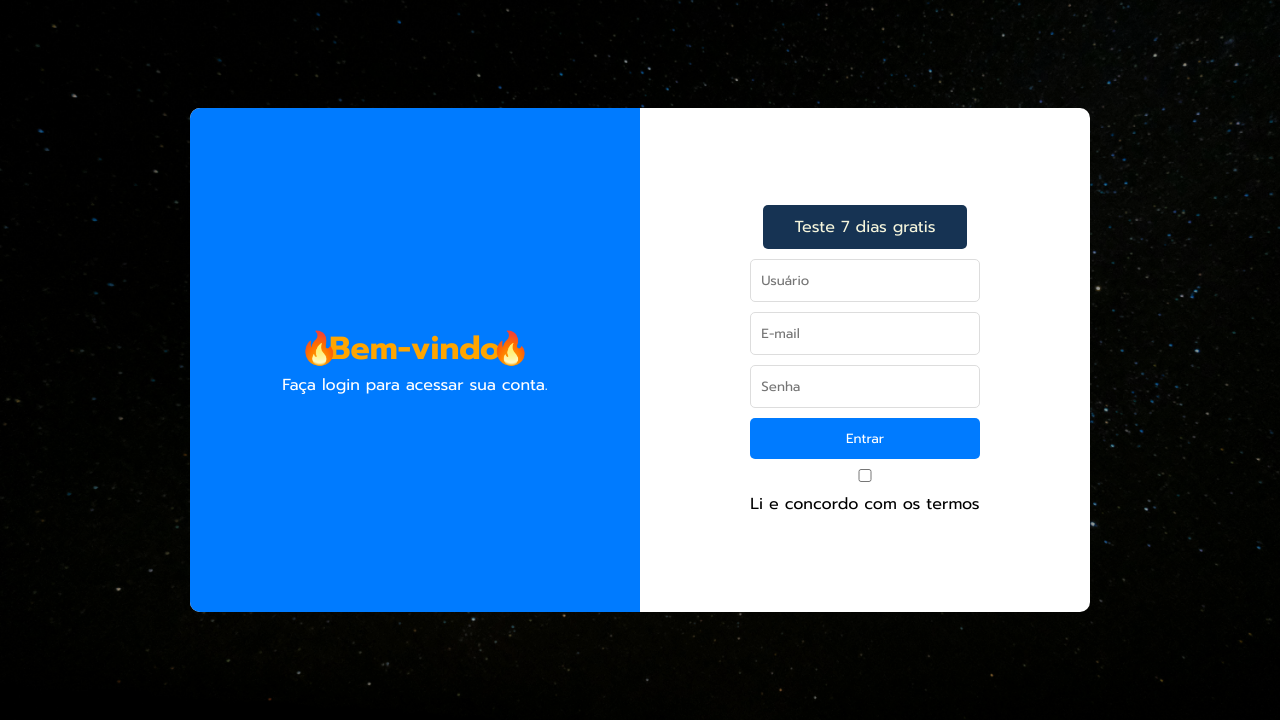
Repository: joao-paulo-paiva/tela-login
Page: index.html
An editor plug-in stored every save of this project. The page is shown before and after the next save, followed by the edit.
The browser window is 1280 px wide. The pictures show the whole page.

Above is the page before, as saved 2025-04-16 11:22:44.

### index.html
<!DOCTYPE html>
<html lang="pt-br">
<head>
    <meta charset="UTF-8">
    <meta name="viewport" content="width=device-width, initial-scale=1.0">
    <title>Tela de Login</title>
    <link rel="stylesheet" href="style.css">
    <link rel="preconnect" href="https://fonts.googleapis.com">
    <link rel="preconnect" href="https://fonts.gstatic.com" crossorigin>
    <link href="https://fonts.googleapis.com/css2?family=DM+Sans:ital,opsz,wght@0,9..40,100..1000;1,9..40,100..1000&family=Montserrat:ital,wght@0,100..900;1,100..900&family=Prompt:ital,wght@0,100;0,200;0,300;0,400;0,500;0,600;0,700;0,800;0,900;1,100;1,200;1,300;1,400;1,500;1,600;1,700;1,800;1,900&display=swap" rel="stylesheet">
</head>
<body>
    <div class="container">
        <div class="esquerda">
            <h1>Bem-vindo</h1>
            <p class="">Faça login para acessar sua conta.</p>
        </div>
        <div class="direita">
            <a href="#" class="teste-gratis"><p>Teste 7 dias gratis</p></a>
            <form action="#" method="POST">
                <input type="text" placeholder="Usuário" required>
                <input type="email" placeholder="E-mail" required>
                <input type="password" placeholder="Senha" required>
                <button type="submit">Entrar</button>
                <div class="termos">
                    <input type="checkbox" id="termos" required>
                    <label for="termos">Li e concordo com os termos</label>
                </div>


            </form>
        </div>
    </div>
</body>
</html>

### style.css
* {
    margin: 0;
    padding: 0;
    box-sizing: border-box;
    font-family: "Prompt", sans-serif;
}

body {
    display: flex;
    justify-content: center;
    align-items: center;
    height: 100vh;
    background-image: url(./imagens/pexels-francesco-ungaro-998641.jpg);
    background-size: cover;
    background-position: center;
    background-repeat: no-repeat;
}
body::before {
    content: "";
    position: absolute;
    top: 0;
    left: 0;
    width: 100%;
    height: 100%;
    background-color: rgba(0, 0, 0, 0.4); /* Ajuste o último valor para mudar a opacidade */
    z-index: -1;
}

h1 {
    position: relative;
    color: orange;
}

h1::before {
    content: "🔥";
    position: absolute;
    left: -30px;
}

h1::after {
    content: "🔥";
    position: absolute;
    right: -30px;
}


.container {
    display: flex;
    height: 70%;
    width: 80%;
    max-width: 900px;
    background: white;
    border-radius: 10px;
    overflow: hidden;
}

.esquerda, .direita {
    width: 50%;
    padding: 40px;
}

.esquerda {
    background-color: #007bff;
    color: white;
    display: flex;
    flex-direction: column;
    justify-content: center;
    align-items: center;
}

.direita {
    display: flex;
    flex-direction: column;
    justify-content: center;
    align-items: center;
}

input {
    display: block;
    width: 100%;
    padding: 10px;
    margin: 10px 0;
    border: 1px solid #ddd;
    border-radius: 5px;
}
input:focus {
    outline: none;
    border-color: #007bff;
    box-shadow: 0 0 5px rgba(0, 123, 255, 0.5);
}

.teste-gratis {
    display: flex;
    justify-content: center; /* Centraliza horizontalmente */
    align-items: center; /* Centraliza verticalmente */
    width: 55%;
    padding: 10px;
    background-color: #163353;
    text-decoration: none;
    color: beige;
    border-radius: 5px;
    text-align: center; /* Garante que o texto esteja centralizado dentro do bloco */
}

button {
    width: 100%;
    padding: 10px;
    background-color: #007bff;
    color: white;
    border: none;
    border-radius: 5px;
    cursor: pointer;
}


.esquerda h1, .esquerda p {
    animation: moverTexto 1.5s ease-out forwards;
}

@keyframes moverTexto {
    0% {
        transform: translateX(-100%);
        opacity: 0;
    }
    100% {
        transform: translateX(0);
        opacity: 1;
    }
}

After the next save:
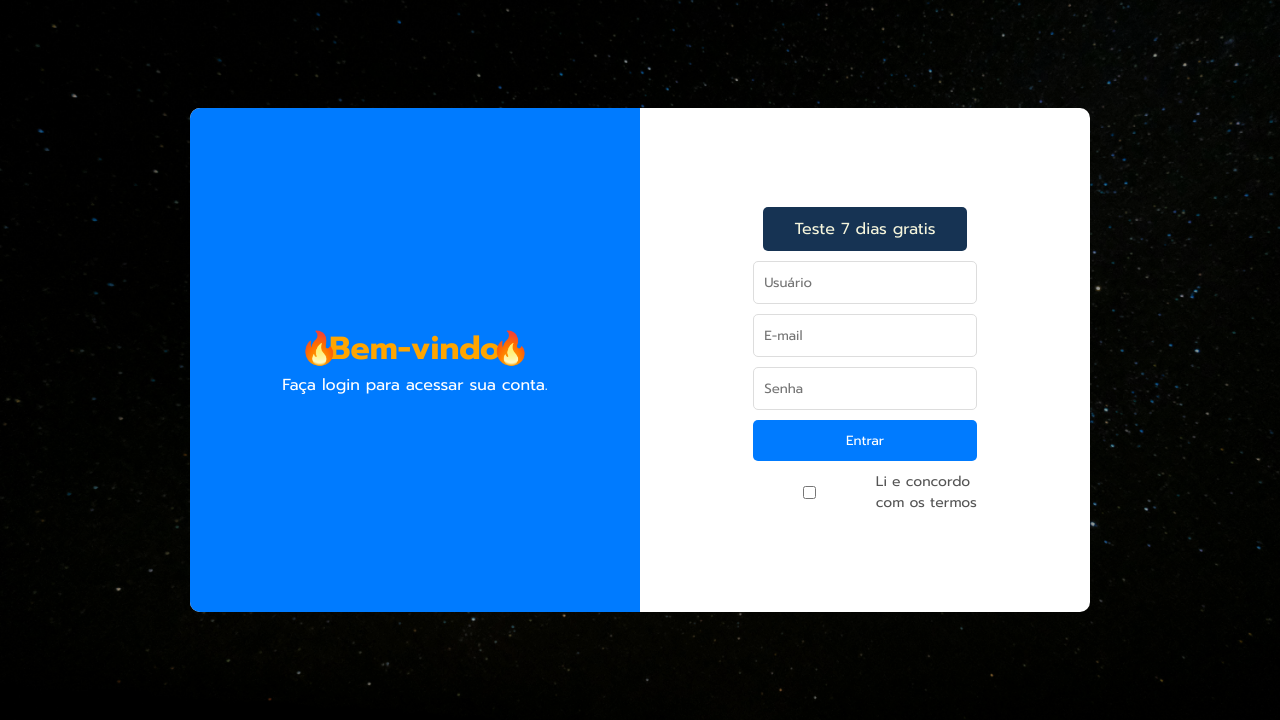
Saved 32 s later.
--- a/style.css
+++ b/style.css
@@ -111,6 +111,21 @@ button {
     border-radius: 5px;
     cursor: pointer;
 }
+.termos {
+    display: flex;
+    align-items: center;
+    gap: 10px;
+    margin-top: 10px;
+}
+
+.termos label {
+    font-size: 14px;
+    color: #555;
+}
+
+.termos input {
+    accent-color: #007bff; /* Cor azul quando marcado */
+}
 
 
 .esquerda h1, .esquerda p {
